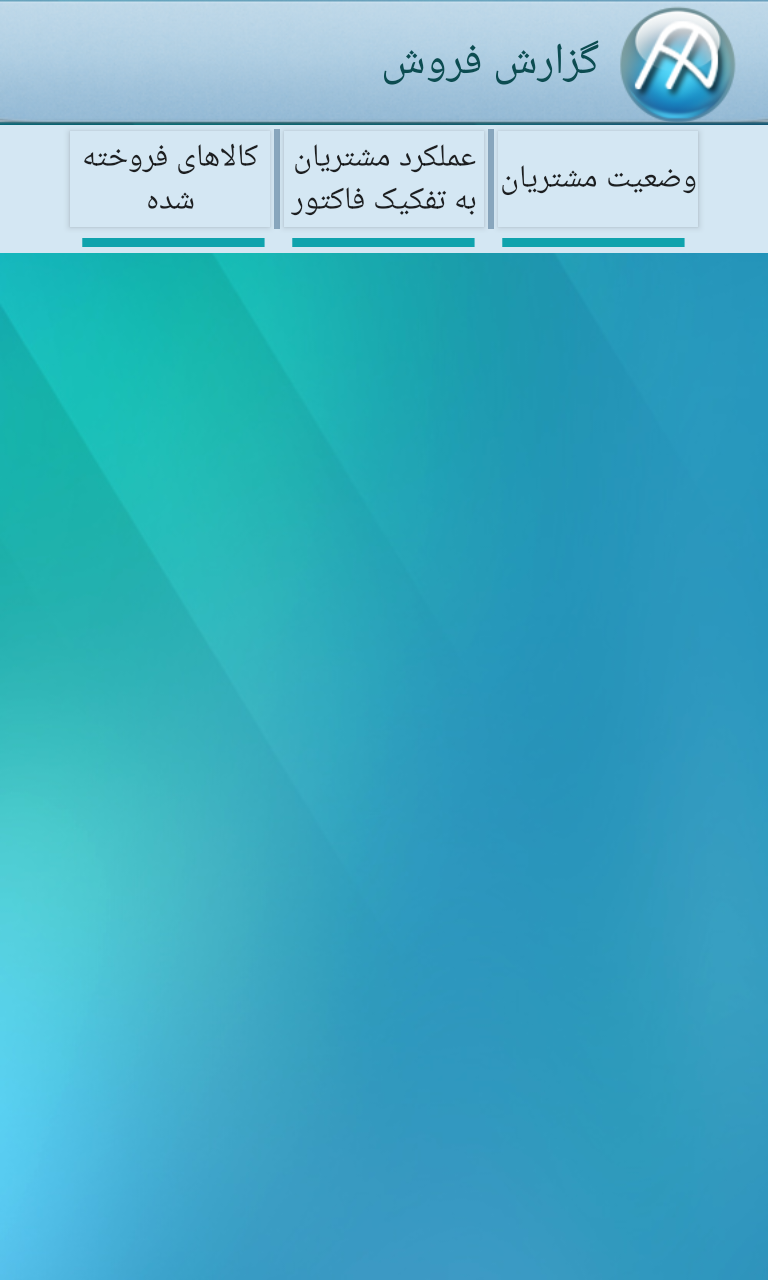
Repository: AtiehPardaz/Reports-Mobile
Layout: Reportsmobile/res/layout/activity_forosh.xml
These files come from the project's save history. The layout is drawn as it stood at one moment and after the next save; the edit follows.
It is drawn on a 768 x 1280 px phone screen (xhdpi) without system bars, with theme AppTheme; the app's code is not run. Lists and similar views that code fills are empty.

Above is the layout before, as saved 2015-03-10 12:01:54.

After the next save:
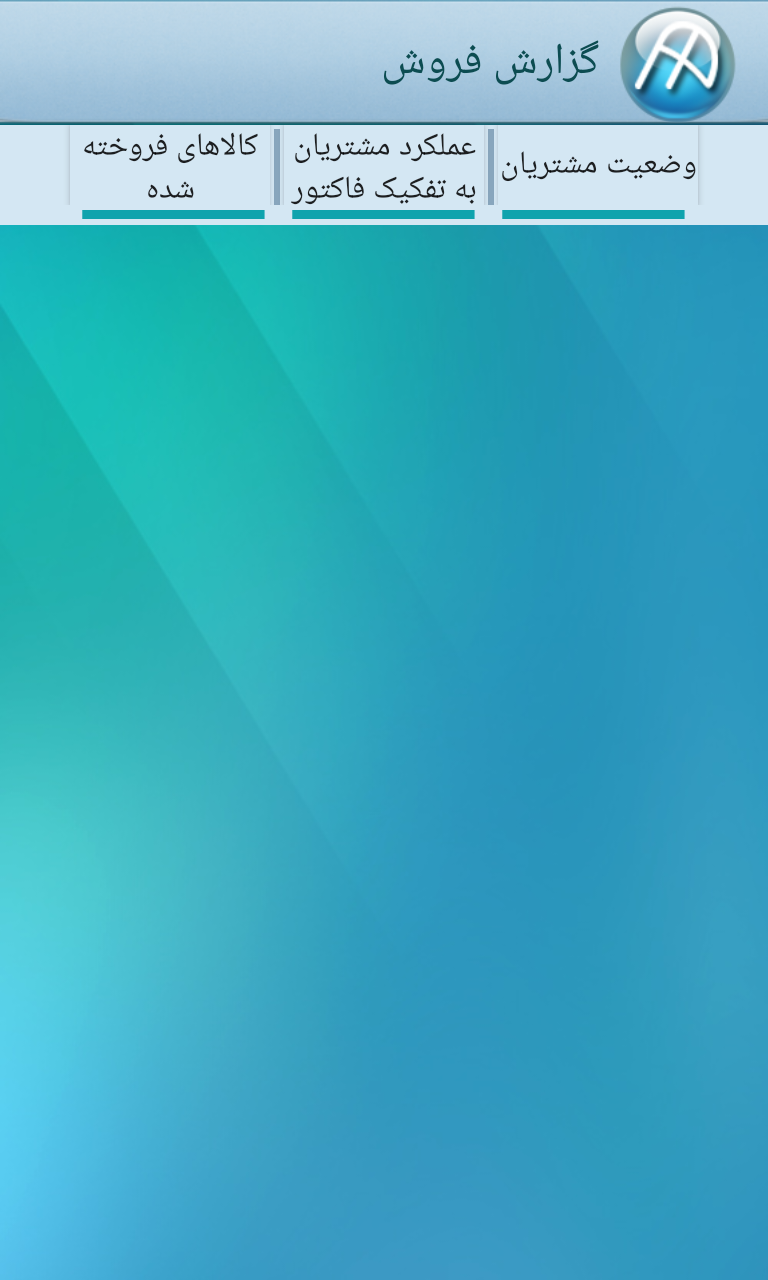
Saved 2 min 12 s later.
--- a/Reportsmobile/res/layout/activity_forosh.xml
+++ b/Reportsmobile/res/layout/activity_forosh.xml
@@ -37,7 +37,7 @@
 
         <LinearLayout
             android:layout_width="match_parent"
-            android:layout_height="wrap_content"
+            android:layout_height="40dp"
             android:background="@color/blue_actionbar2color"
             android:gravity="center"
             android:orientation="horizontal" >
